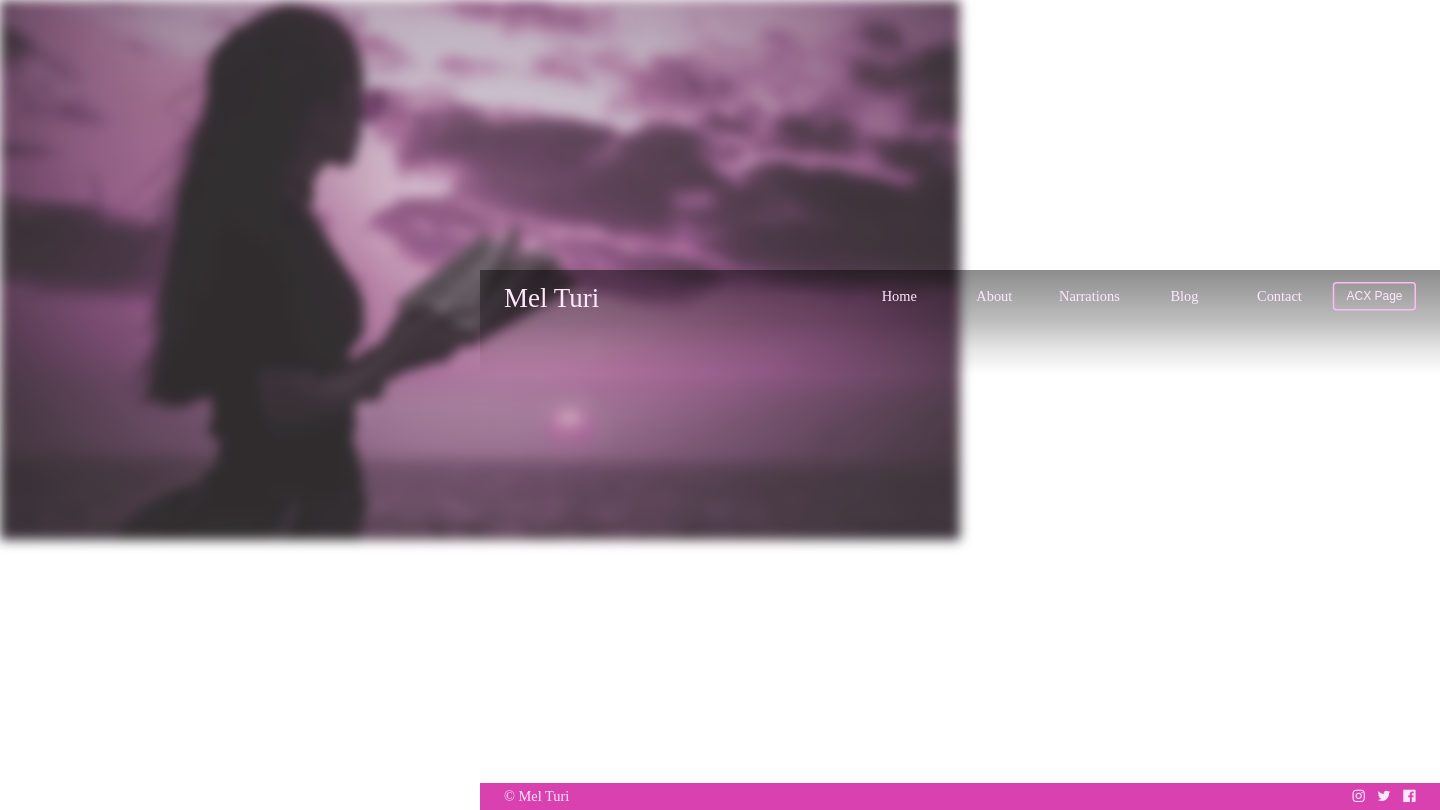
Repository: mel-turi/mel-turi-website
Page: /
An editor plug-in stored every save of this project. The page is shown before and after the next save, followed by the edit.
The browser window is 1280 px wide. The page is 1920 px wide, so the pictures cover 1920 px, including what lies to the right of the window. The pictures show the whole page, at 75% of full size.
Backgrounds fixed to the window are drawn as part of the page. Some web fonts or font styles are not loaded; a fallback is used. The project was rebuilt for these pictures with package versions that can differ from the ones it lists, and the page was loaded fresh each time.

Above is the page before, as saved 2019-08-23 21:23:34.

After the next save:
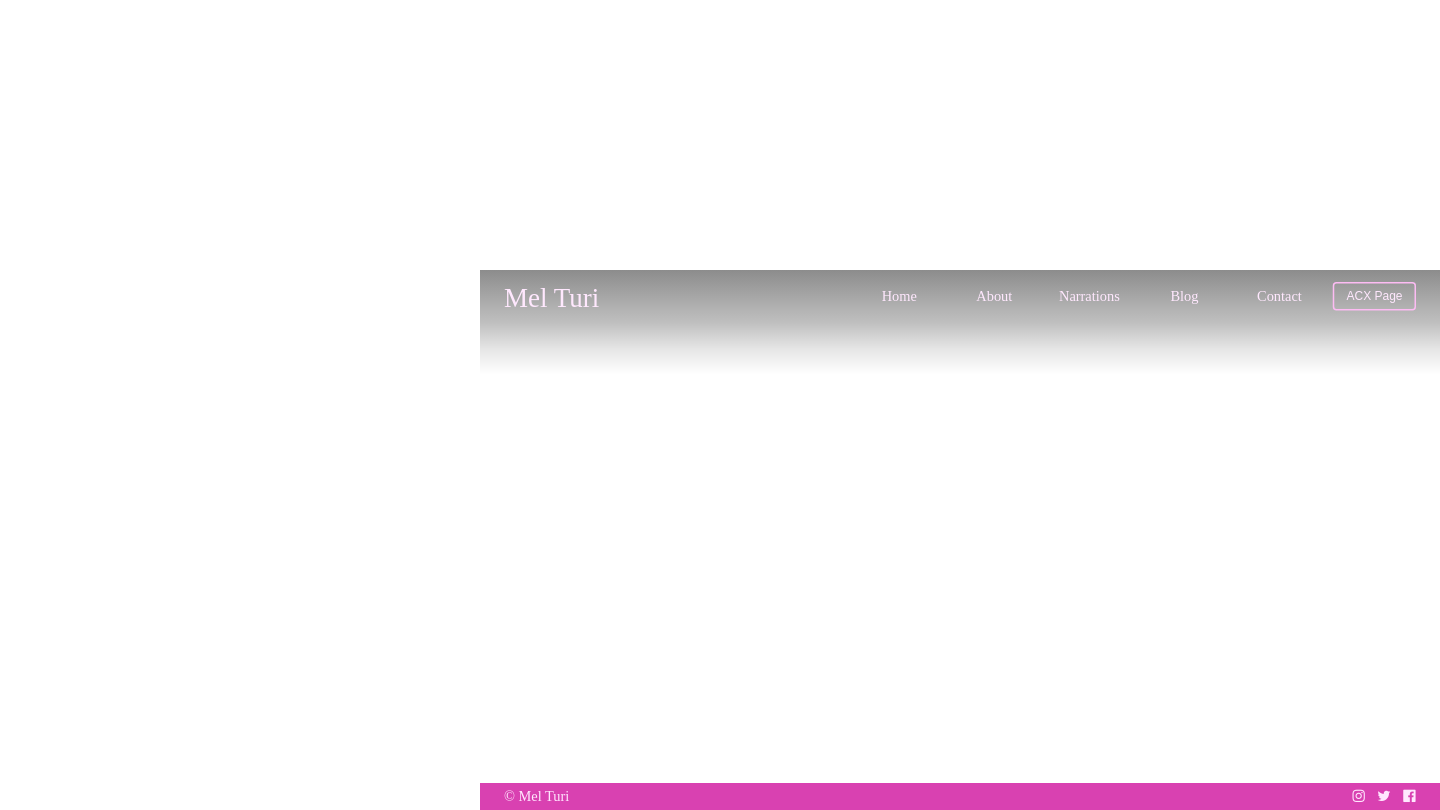
Saved 43 s later.
--- a/src/App.js
+++ b/src/App.js
@@ -9,7 +9,6 @@
   return (
     <Router>
       <div className='App'>
-        <div className='bg-image'></div>
         <div className='wrapper'>
           <Header />
           <Content />
